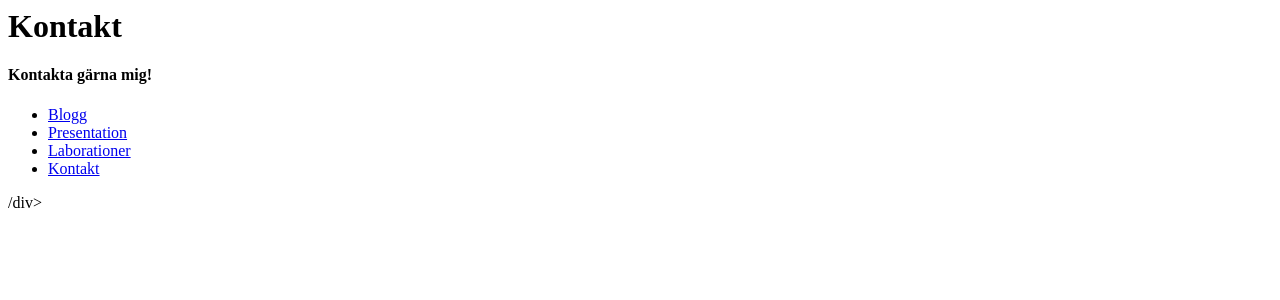
Repository: js223kz/1ik415-laborationer
Page: Pages/contact.html
The author's editor kept a record of every edit. The page is drawn from the files as they stood at one moment, then again after the next edit.
The browser window is 1280 px wide. The pictures show the whole page.

Above is the page before.

### Pages/contact.html
 <body>
    <div id="header">
        <h1>Kontakt</h1>
        <h4>Kontakta gärna mig!</h4>
    </div>

    <div id="navigation">
        <ul>
            <li><a href="../index.html">Blogg</a></li>
            <li><a href="presentation.html">Presentation</a></li>
            <li><a href="laborations.html">Laborationer</a></li>
            <li><a href="contact.html">Kontakt</a></li>
        </ul>
    </div>

    <div id="content">
    /div>


    </body>
</html>

After the next edit:
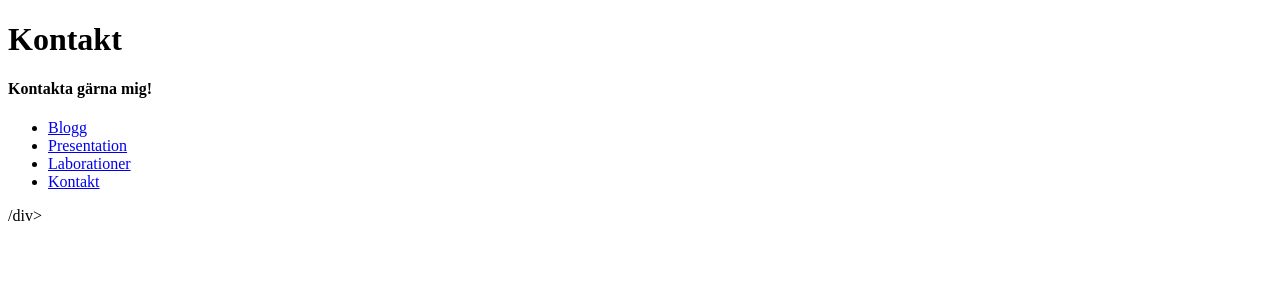
The edit:
--- a/Pages/contact.html
+++ b/Pages/contact.html
@@ -1,3 +1,9 @@
+<!doctype html>
+<html lang="sv">
+    <head>
+      <meta charset="utf-8" />
+      <title>Laborationer - Johanna Szepanski</title>
+    </head>
  <body>
     <div id="header">
         <h1>Kontakt</h1>
